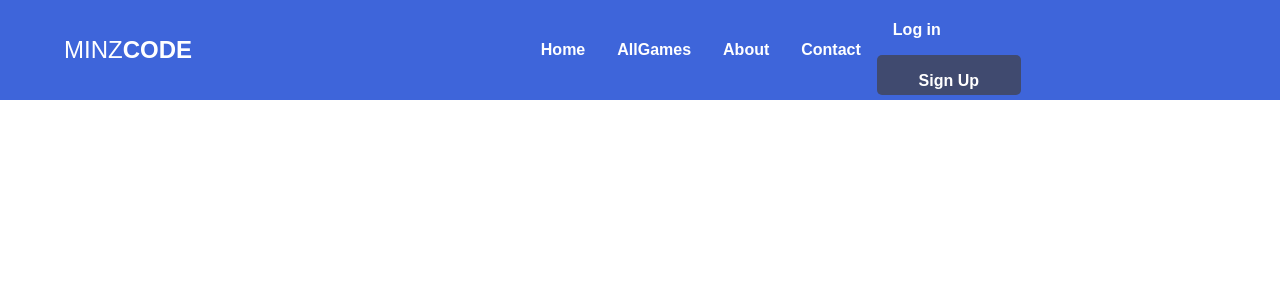
Repository: Fariaddd/New-CA-
Page: index.html
The author's editor kept a copy of each file at every save. The page is drawn from the files as they stood at one save, then again after the next save.
The browser window is 1280 px wide. The pictures show the whole page.

Above is the page before, as saved 2021-11-14 02:55:55.

After the next save:
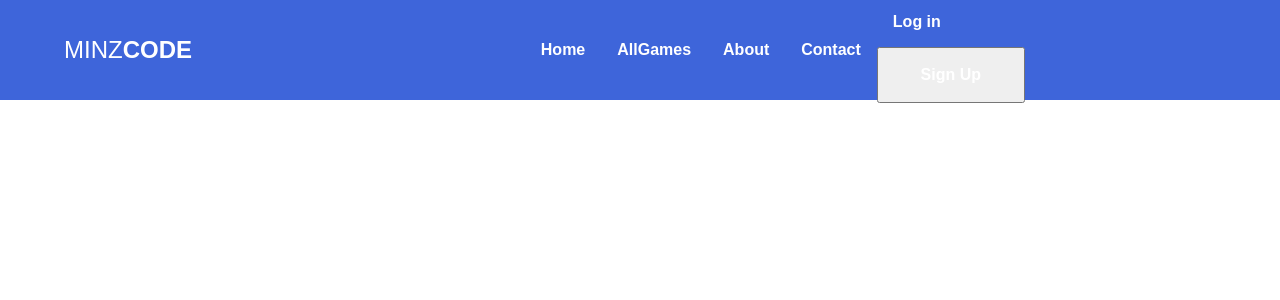
Saved 8 s later.
--- a/css/styles.css
+++ b/css/styles.css
@@ -21,16 +21,6 @@
   padding: 0 5%;
   height: 100px;
   background-color: #3e65da;
-}
-
-.button {
-  background-color: var(--button-links-color);
-  color: white;
-  border-radius: 5px;
-  border: none;
-  height: 40px;
-  font-size: 1em;
-  cursor: pointer;
 }
 
 :root {

After the save that followed:
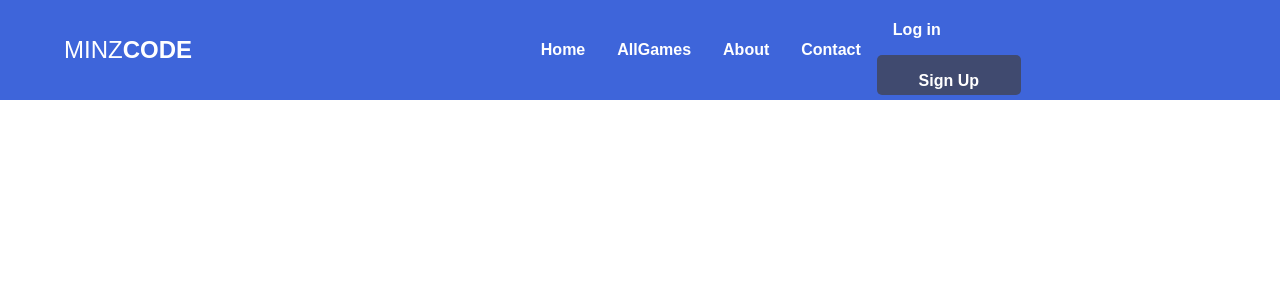
Saved 11 s later.
--- a/css/styles.css
+++ b/css/styles.css
@@ -21,6 +21,16 @@
   padding: 0 5%;
   height: 100px;
   background-color: #3e65da;
+}
+
+.button {
+  background-color: var(--button-links-color);
+  color: white;
+  border-radius: 5px;
+  border: none;
+  height: 40px;
+  font-size: 1em;
+  cursor: pointer;
 }
 
 :root {
